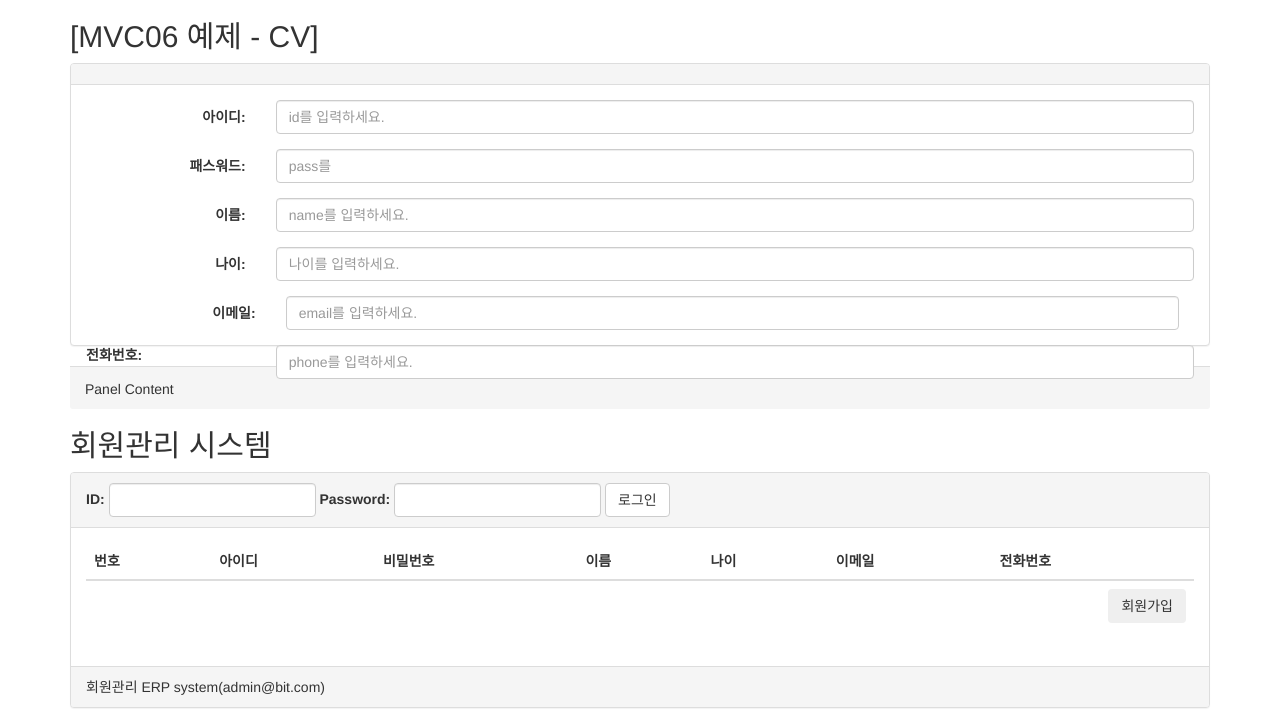
Repository: yhb131618/JAVA_WEB_PROJECT
Page: http://localhost/MVC06/WEB-INF/member/memberlist.jsp
These files come from the project's save history. The page is drawn as it stood at one moment and after the next save; the edit follows.
The browser window is 1280 px wide. The pictures show the whole page.
Some web libraries are served in a nearby version. The page is served by Tomcat 9. Nobody is signed in. Other server files are loaded and not shown. The template is opened directly, without the code that normally fills it, so the values that code supplies are empty.

Above is the page before, as saved 2023-12-27 06:02:11.

### MVC06/WebContent/WEB-INF/member/memberlist.jsp
<%@ page language="java" contentType="text/html; charset=UTF-8"
    pageEncoding="UTF-8"%>
<%@ page import="kr.bit.model.*" %>
<%@ page import="java.util.*" %>

<%

	ArrayList<MemberVO> list = (ArrayList<MemberVO>)request.getAttribute("list");
%>
<%@taglib prefix="c" uri="http://java.sun.com/jsp/jstl/core" %>
<c:set var="ctx" value="${pageContext.request.contextPath}"/>

<!DOCTYPE html>
<html>
<head>
<meta charset="UTF-8">
<meta name="viewport" content="width=device-width, initial-scale=1">
<link rel="stylesheet" href="https://maxcdn.bootstrapcdn.com/bootstrap/3.4.1/css/bootstrap.min.css">
<script src="https://code.jquery.com/jquery-3.2.1.min.js"></script>
<script src="https://ajax.googleapis.com/ajax/libs/jquery/3.7.1/jquery.min.js"></script>
<script src="https://maxcdn.bootstrapcdn.com/bootstrap/3.4.1/js/bootstrap.min.js"></script>
<script type="text/javascript">
	$(document).ready(function(){
		<c:if test="${!empty msg}">
			alter("${msg}");
			<c:remove var="msg" scope="session"/>
		</c:if>
	});

	function deleteFn(num){
		location.href="${ctx}/memberDelete.do?num="+num;
	}
	function check(){
		if($('#user_id').val()== ''){
			alert("아이디를 입력하세요");
			return false;
		}
		if($('#password').val()== ''){
			alert("비밀번호를 입력하세요");
			return false;
		}

	return true;
	}
	function logout(){
		//System.out.println("logout");
		location.href="<c:url value='/memberLogout.do'/>";
	}
</script>
<title>Insert title here</title>
</head>
<body>

<div class="container">
  <h2>[MVC06 예제 - CV]</h2>
  <div class="panel panel-default">
    <div class="panel-heading">
    <c:if test="${sessionScope.userId!=null && sessionScope.userId!='' }">
    	<label>${sessionScope.userName}님이 로그인 하셨습니다.</label>
    </c:if>
    <c:if test="${sessionScope.userId==null && sessionScope.userId=='' }">
    	<label>${sessionScope.userName}안녕하세요.</label>
    </c:if>
   	</div>
    <div class="panel-body">

		<form id= "form1" class="form-horizontal" action="" method="post">
		  <div class="form-group">
		    <label class="control-label col-sm-2" for="id">아이디:</label>
		    <div class="col-sm-10">
		      <input type="text" class="form-control" id="id" name="id" placeholder="id를 입력하세요.">
		    </div>
		  </div>
		  <div class="form-group">
		    <label class="control-label col-sm-2" for="pass">패스워드:</label>
		    <div class="col-sm-10">
		      <input type="password" class="form-control" id="pass" name="pass" placeholder=pass를 입력하세요.">
		    </div>
		  </div>
		  <div class="form-group">
		    <label class="control-label col-sm-2" for="name">이름:</label>
		    <div class="col-sm-10">
		      <input type="text" class="form-control" id="name" name="name" placeholder="name를 입력하세요.">
		    </div>
		  </div>
		  <div class="form-group">
		    <label class="control-label col-sm-2" for="age">나이:</label>
		    <div class="col-sm-10">
		      <input type="text" class="form-control" id="age" name="age" placeholder="나이를 입력하세요.">
		    </div>
		  </div>
		    <label class="control-label col-sm-2" for="email">이메일:</label>
		    <div class="col-sm-10">
		      <input type="text" class="form-control" id="email" name="email" placeholder="email를 입력하세요.">
		    </div>
		  </div>
		    <label class="control-label col-sm-2" for="phone">전화번호:</label>
		    <div class="col-sm-10">
		      <input type="text" class="form-control" id="phone" name="phone" placeholder="phone를 입력하세요.">
		    </div>



		</form>


	</div>
    <div class="panel-footer">Panel Content</div>

  </div>


<div class ="container">
	<h2>회원관리 시스템</h2>
	<div class="panel panel-default">
		<div class="panel-heading">
		<c:if test="${sessionScope.userId == null || sessionScope.userId == ''}">

			<form class="form-inline" action="${ctx}/memberLogin.do" method="post">
			  <div class="form-group">
			    <label for="user_id">ID:</label>
			    <input type="text" class="form-control" id="user_id" name ="user_id">
			  </div>
			  <div class="form-group">
			    <label for="pwd">Password:</label>
			    <input type="password" class="form-control" id="password" name ="password">
			  </div>
			  <button type="submit" class="btn btn-default" onclick="return check()">로그인</button>
			</form>
		</c:if>


		<c:if test="${sessionScope.userId != null && sessionScope.userId != ''}">
			${sessionScope.userName}님 환영합니다.
			<button type="button" class="btn btn-warnging" onclick="logout()">로그아웃</button>
	    </c:if>

		</div>
		<div class="panel-body">
			<div class="table-responsive">
			  <table class="table table-hover">
			    <thead>
					<tr>
						<th>번호</th>
						<th>아이디</th>
						<th>비밀번호</th>
						<th>이름</th>
						<th>나이</th>
						<th>이메일</th>
						<th>전화번호</th>
					</tr>
			    </thead>
			    <tbody>
					<c:forEach var="vo" items="${list}">
							<tr>
								<td>${vo.num}</td>
								<td><a href="${ctx}/memberContent.do?num=${vo.num}">${vo.id}</a></td>
								<td>${vo.pass}</td>
								<td>${vo.name}</td>
								<td>${vo.age}</td>
								<td>${vo.email}</td>
								<td>${vo.phone}</td>

								<c:if test="${sessionScope.userId==vo.id}">
									<td><input type="button" value="삭제" class="btn btn-Warning" onclick="deleteFn(${vo.num})"></td>
								</c:if>
								<c:if test="${sessionScope.userId!=vo.id}">
									<td><input type="button" value="삭제" class="btn btn-Warning" onclick="deleteFn(${vo.num})" disabled="disabled"></td>
								</c:if>
							</tr>
					</c:forEach>
						<tr>
						<td colspan="8" align="right"><input type="button" value="회원가입" class="btn" onclick="location.href='${ctx}/memberRegister.do'"/></td>
						</tr>
			    </tbody>
			  </table>
			  </div>
			</div>
			  <div class="panel-footer">
			  	회원관리 ERP system(admin@bit.com)
			  </div>

		 </div>


</div>



</body>
</html>

After the next save:
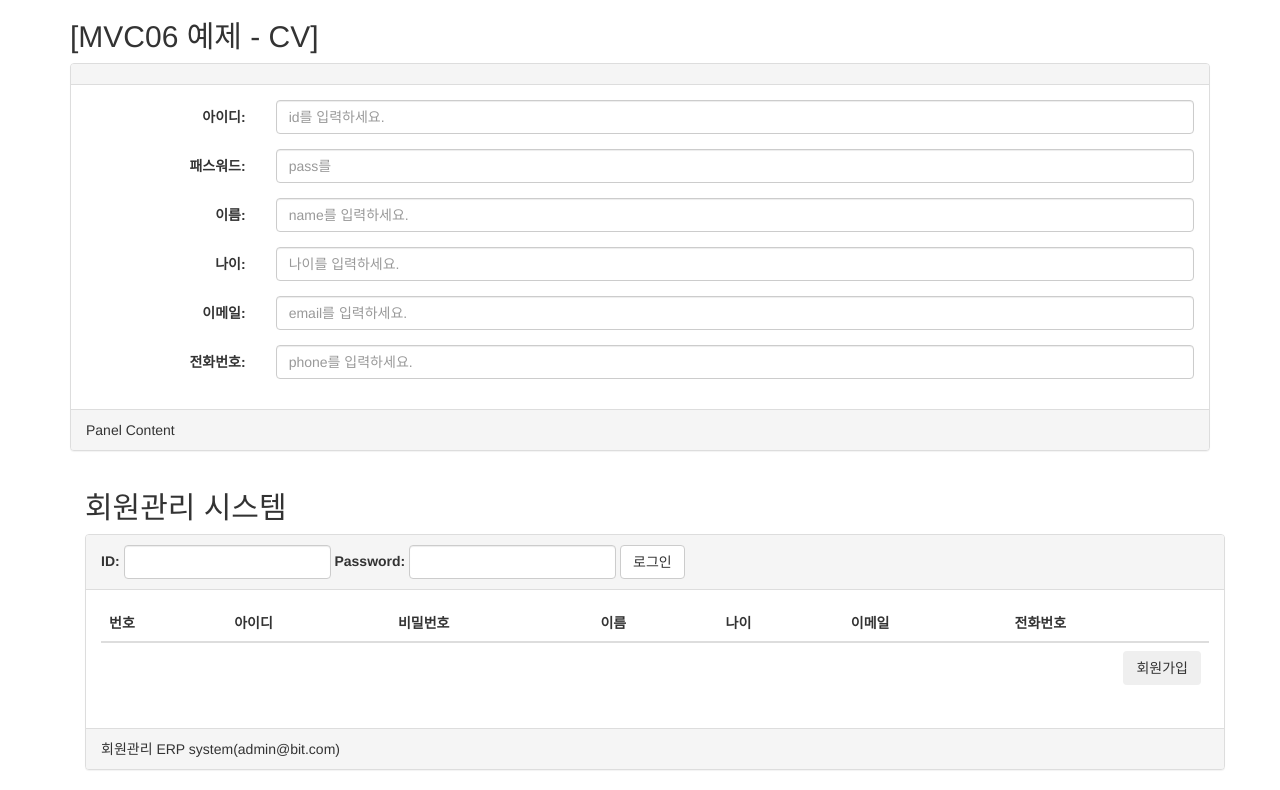
Saved 76 s later.
--- a/MVC06/WebContent/WEB-INF/member/memberlist.jsp
+++ b/MVC06/WebContent/WEB-INF/member/memberlist.jsp
@@ -89,16 +89,18 @@
 		      <input type="text" class="form-control" id="age" name="age" placeholder="나이를 입력하세요.">
 		    </div>
 		  </div>
+  		  <div class="form-group">
 		    <label class="control-label col-sm-2" for="email">이메일:</label>
 		    <div class="col-sm-10">
 		      <input type="text" class="form-control" id="email" name="email" placeholder="email를 입력하세요.">
 		    </div>
 		  </div>
+  		  <div class="form-group">
 		    <label class="control-label col-sm-2" for="phone">전화번호:</label>
 		    <div class="col-sm-10">
 		      <input type="text" class="form-control" id="phone" name="phone" placeholder="phone를 입력하세요.">
 		    </div>
-
+		   </div>
 
 
 		</form>
